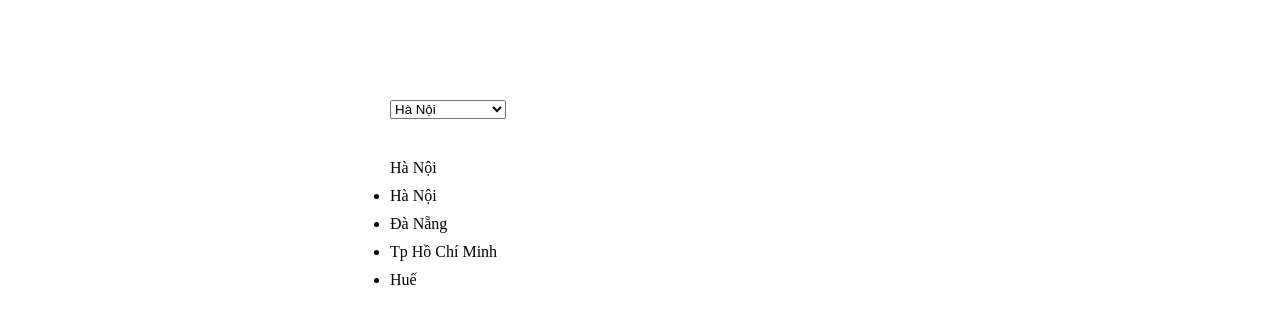
Repository: khanhbinh87/learnJs
Page: customSelect/index.html
The author's editor kept a copy of each file at every save. The page is drawn from the files as they stood at one save, then again after a run of saves.
The browser window is 1280 px wide. The pictures show the whole page.

Above is the page before, as saved 2021-06-16 14:08:46.

After the next 2 saves:
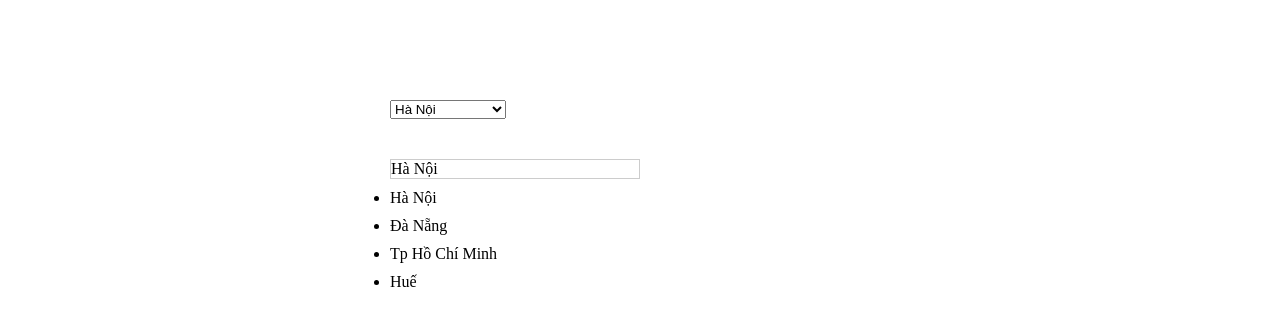
The 2 saves are shown as one change because they came seconds apart.
The last was saved 11 s later.
--- a/customSelect/style.css
+++ b/customSelect/style.css
@@ -24,5 +24,5 @@ ul li + li{
     width: 250px;
 }
 .selected{
-
+    border:1px solid #ccc;
 }
